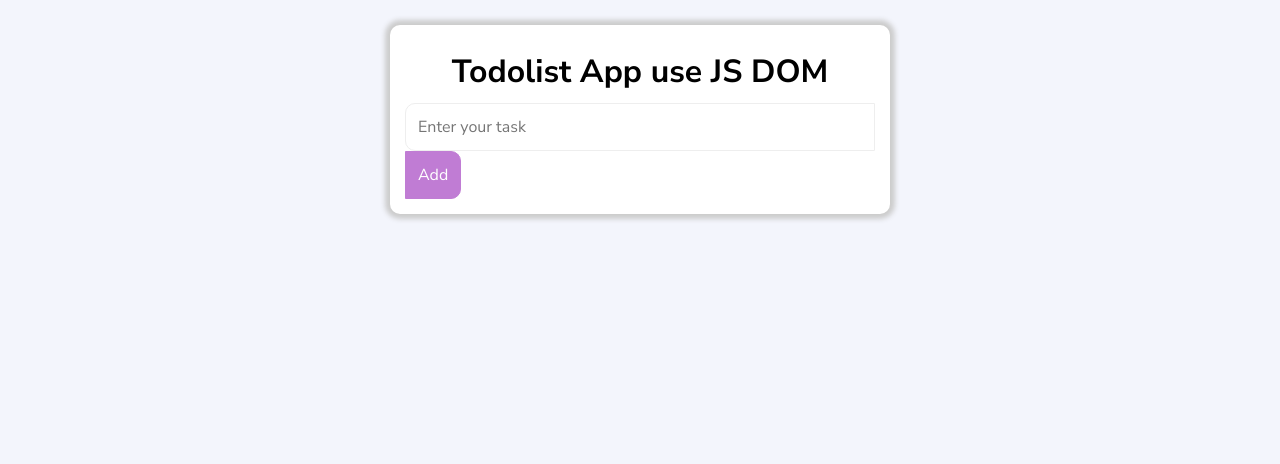
Repository: anhquan74-dev/todolist_app
Page: index.html
These files come from the project's save history. The page is drawn as it stood at one moment and after the next save; the edit follows.
The browser window is 1280 px wide. The pictures show the whole page.
Some web libraries are served in a nearby version.

Above is the page before, as saved 2022-07-21 16:18:54.

### index.html
<!DOCTYPE html>
<html lang="en">
  <head>
    <meta charset="UTF-8" />
    <meta http-equiv="X-UA-Compatible" content="IE=edge" />
    <meta name="viewport" content="width=device-width, initial-scale=1.0" />
    <title>TodoList Web Application</title>
    <link rel="stylesheet" href="style.css" />
    <link
      rel="stylesheet"
      href="https://cdnjs.cloudflare.com/ajax/libs/font-awesome/6.1.1/css/all.min.css"
      integrity="sha512-KfkfwYDsLkIlwQp6LFnl8zNdLGxu9YAA1QvwINks4PhcElQSvqcyVLLD9aMhXd13uQjoXtEKNosOWaZqXgel0g=="
      crossorigin="anonymous"
      referrerpolicy="no-referrer"
    />
  </head>
  <body>
    <div class="todo-app">
      <h1>Todolist App use JS DOM</h1>
      <div class="form-control">
        <input id="input-text" type="text" placeholder="Enter your task" />
        <button class="add-btn">Add</button>
      </div>
      <ul id="list-item">
        <!-- <li class="item checked">
          Homework
          <span class="close-btn"><i class="fa-solid fa-trash-can"></i></span>
        </li>
        <li class="item">
          Homework
          <span class="close-btn"><i class="fa-solid fa-trash-can"></i></span>
        </li>
        <li class="item">
          Homework
          <span class="close-btn"><i class="fa-solid fa-trash-can"></i></span>
        </li>
        <li class="item">
          Homework
          <span class="close-btn"><i class="fa-solid fa-trash-can"></i></span>
        </li> -->
      </ul>
    </div>
    <script src="main.js"></script>
  </body>
</html>

### style.css
@import url('https://fonts.googleapis.com/css2?family=Nunito+Sans:ital,wght@0,300;0,400;0,600;0,700;0,800;0,900;1,300;1,400;1,600;1,700;1,800;1,900&display=swap');

*, *::after, *::before {
    margin: 0;
    padding: 0;
    box-sizing: border-box;
}
button, input,
body {
    font-family: 'Nunito Sans', sans-serif;
    background-color: #f3f5fc;
}

input {
    background-color: white;

}

.todo-app {
    background-color: white;
    max-width: 500px;
    margin: 25px auto;
    border-radius: 10px;
    padding: 15px;
    box-shadow: 0px 0px 5px 5px #ccc;
}

h1 {
    text-align: center;
    margin: 10px;
}

form {
    display: flex;
    align-items: center;
}

#input-text {
    font-size: 16px;
    padding: 12px;
    width: 100%;
    outline: none;
    border: 1px solid #eee;
    border-radius: 10px 0px 0px 10px;
}

.add-btn {
    font-size: 16px;
    padding: 12px;
    outline: none;
    border: 1px solid #c07cd4;
    border-radius: 0px 10px 10px 0px;
    cursor: pointer;
    background-color: #c07cd4;
    color: white;
}

.add-btn:hover {
    background-color: #a13bc0;
    border: 1px solid #a13bc0;
}

.list-item {
    list-style-type:none;
    margin-top: 20px;
}

.item {
    padding: 12px 12px 12px 40px;
    background-color: #f3f5fc;
    margin:4px 0;
    position: relative;
    overflow: hidden;
    cursor: pointer;
}

.item span {
    padding: 12px 16px;
    color: white;
    display: block;
    background-color: #fa383e;
    position: absolute;
    top: 0;
    left: 100%;
    opacity: 1;
    transition: all 0.2s ease-in-out;
    cursor: pointer;
}

.item:hover  span{
    opacity: 1;
    transform: translateX(-100%);
}

.item span:hover {
    background-color: rgba(216, 29, 29, 0.795);
}

li.checked {
    background-color: #d2d9f0;
    text-decoration: line-through;
}

ul li.checked::before {
    content: '';
    position: absolute;
    border-color: black;
    border-style: solid;
    border-width: 0 2px 2px 0;
    top: 12px;
    left: 20px;
    transform: rotate(45deg);
    height: 15px;
    width: 7px;
  }

### main.js
var list = document.querySelector("ul");
list.addEventListener("click", function (ev) {
  if (ev.target.nodeName === "LI") {
    ev.target.classList.toggle("checked");
  }
});

var close = document.getElementsByClassName("close-btn");
var i;
for (i = 0; i < close.length; i++) {
  close[i].onclick = function () {
    var div = this.parentElement;
    div.style.display = "none";
  };
}
//
function newElement() {
  var li = document.createElement("li");
  var inputValue = document.getElementById("input-text").value;
  var t = document.createTextNode(inputValue);
  li.appendChild(t);
  li.className = "item";
  if (inputValue === "") {
    alert("You must write something!");
  } else {
    document.getElementById("list-item").appendChild(li);
  }
  document.getElementById("input-text").value = "";

  var span = document.createElement("SPAN");
  span.className = "close-btn";
  span.innerHTML = '<i class="fa-solid fa-trash-can">';
  li.appendChild(span);

  for (i = 0; i < close.length; i++) {
    close[i].onclick = function () {
      var div = this.parentElement;
      div.style.display = "none";
    };
  }
}

After the next save:
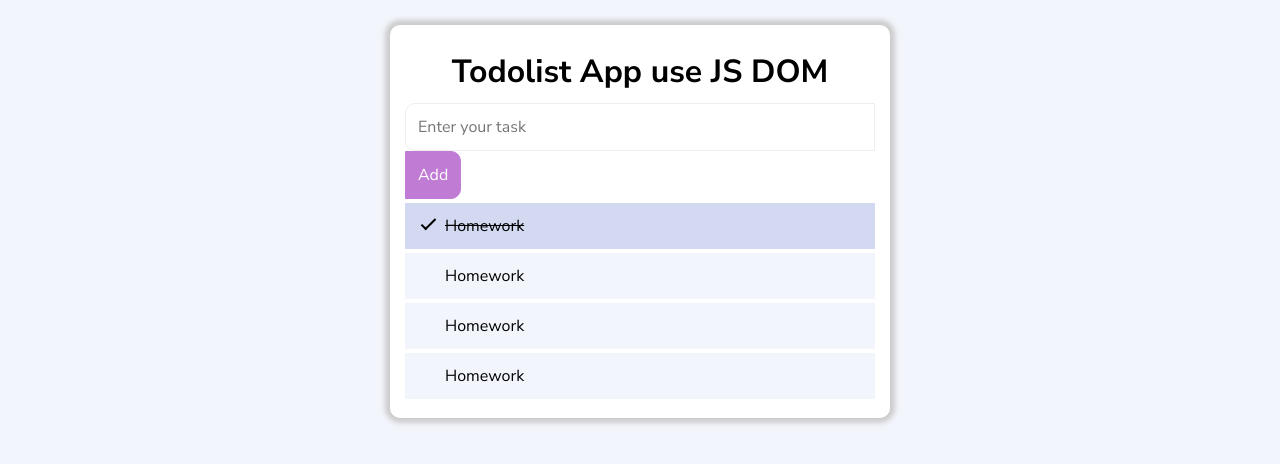
Saved 23 s later.
--- a/index.html
+++ b/index.html
@@ -22,7 +22,7 @@
         <button class="add-btn">Add</button>
       </div>
       <ul id="list-item">
-        <!-- <li class="item checked">
+        <li class="item checked">
           Homework
           <span class="close-btn"><i class="fa-solid fa-trash-can"></i></span>
         </li>
@@ -37,7 +37,7 @@
         <li class="item">
           Homework
           <span class="close-btn"><i class="fa-solid fa-trash-can"></i></span>
-        </li> -->
+        </li>
       </ul>
     </div>
     <script src="main.js"></script>
